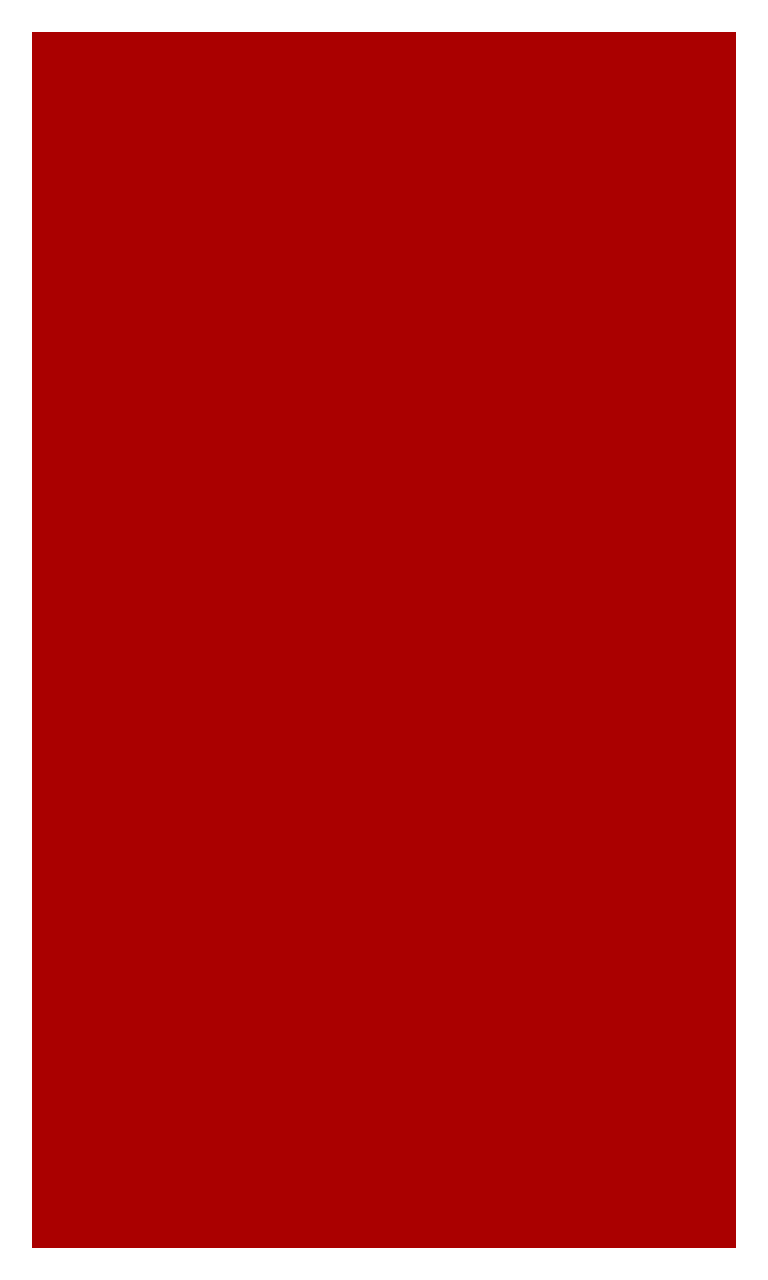
Repository: PatKelsh/IS-413
Layout: LinearLayout/res/layout/activity_main.xml
An editor plug-in stored every save of this project. The layout is shown before and after the next save, followed by the edit.
It is drawn on a 768 x 1280 px phone screen (xhdpi) without system bars, with theme AppTheme; the app's code is not run.

Above is the layout before, as saved 2015-02-03 23:55:06.

### LinearLayout/res/layout/activity_main.xml
<RelativeLayout xmlns:android="http://schemas.android.com/apk/res/android"
    xmlns:tools="http://schemas.android.com/tools"
    android:layout_width="match_parent"
    android:layout_height="match_parent"
    android:paddingBottom="@dimen/activity_vertical_margin"
    android:paddingLeft="@dimen/activity_horizontal_margin"
    android:paddingRight="@dimen/activity_horizontal_margin"
    android:paddingTop="@dimen/activity_vertical_margin"
    tools:context="com.example.linearlayout.MainActivity" >

    <LinearLayout
        android:orientation="horizontal"
        android:layout_width="fill_parent"
        android:layout_height="fill_parent"
        android:layout_weight="1">

        <TextView
            android:gravity="center_horizontal"
            android:background="#aa0000"
            android:layout_width="wrap_content"
            android:layout_height="fill_parent"
            android:layout_weight="1"/>
    </LinearLayout>

    <LinearLayout
        android:orientation="vertical"
        android:layout_width="fill_parent"
        android:layout_height="fill_parent"
        android:layout_weight="1">
    </LinearLayout>


</RelativeLayout>

Loaded but not shown: LinearLayout/res/values/styles.xml (common file); LinearLayout/res/values-v11/styles.xml (common file); LinearLayout/res/values-v14/styles.xml (common file); LinearLayout/res/values/dimens.xml (common file); LinearLayout/res/values-w820dp/dimens.xml (common file)

After the next save:
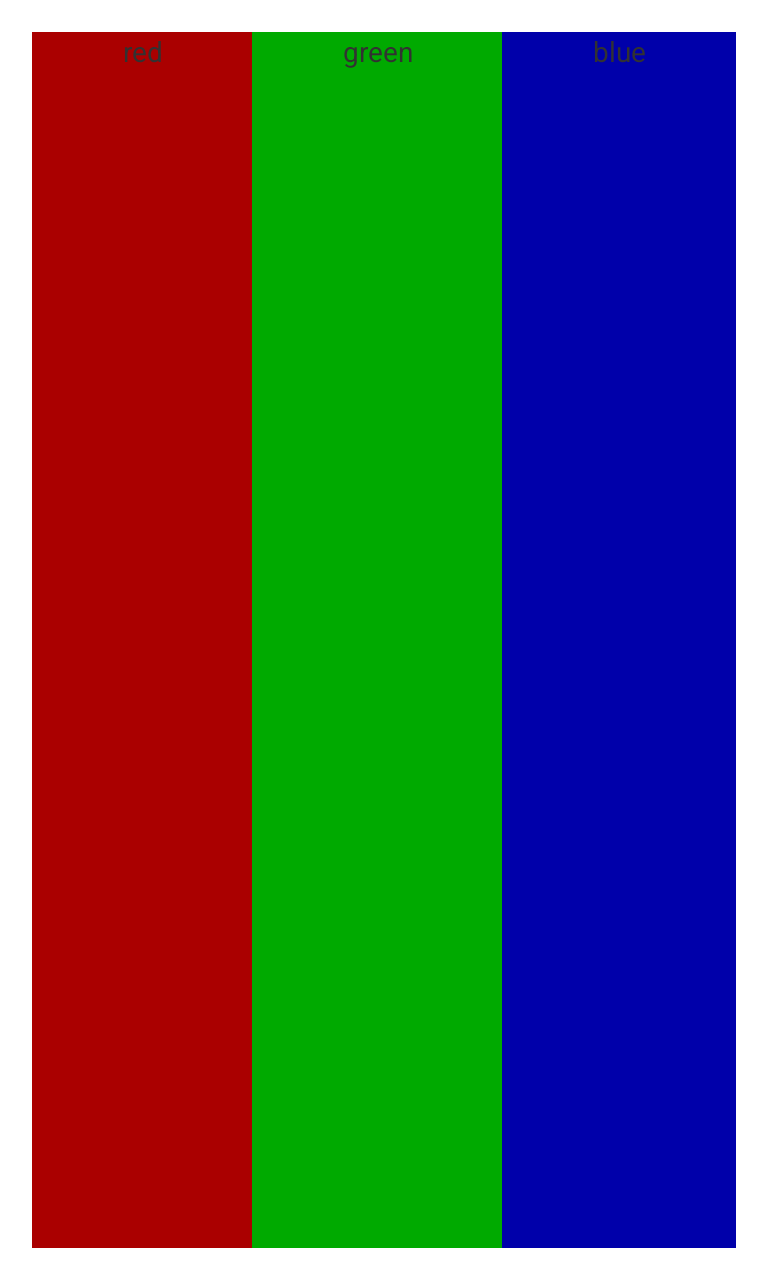
Saved 2 h 36 min later.
--- a/LinearLayout/res/layout/activity_main.xml
+++ b/LinearLayout/res/layout/activity_main.xml
@@ -15,8 +15,25 @@
         android:layout_weight="1">
 
         <TextView
+            android:text="red"
             android:gravity="center_horizontal"
             android:background="#aa0000"
+            android:layout_width="wrap_content"
+            android:layout_height="fill_parent"
+            android:layout_weight="1"/>
+
+        <TextView
+            android:text="green"
+            android:gravity="center_horizontal"
+            android:background="#00aa00"
+            android:layout_width="wrap_content"
+            android:layout_height="fill_parent"
+            android:layout_weight="1"/>
+
+        <TextView
+            android:text="blue"
+            android:gravity="center_horizontal"
+            android:background="#0000aa"
             android:layout_width="wrap_content"
             android:layout_height="fill_parent"
             android:layout_weight="1"/>
